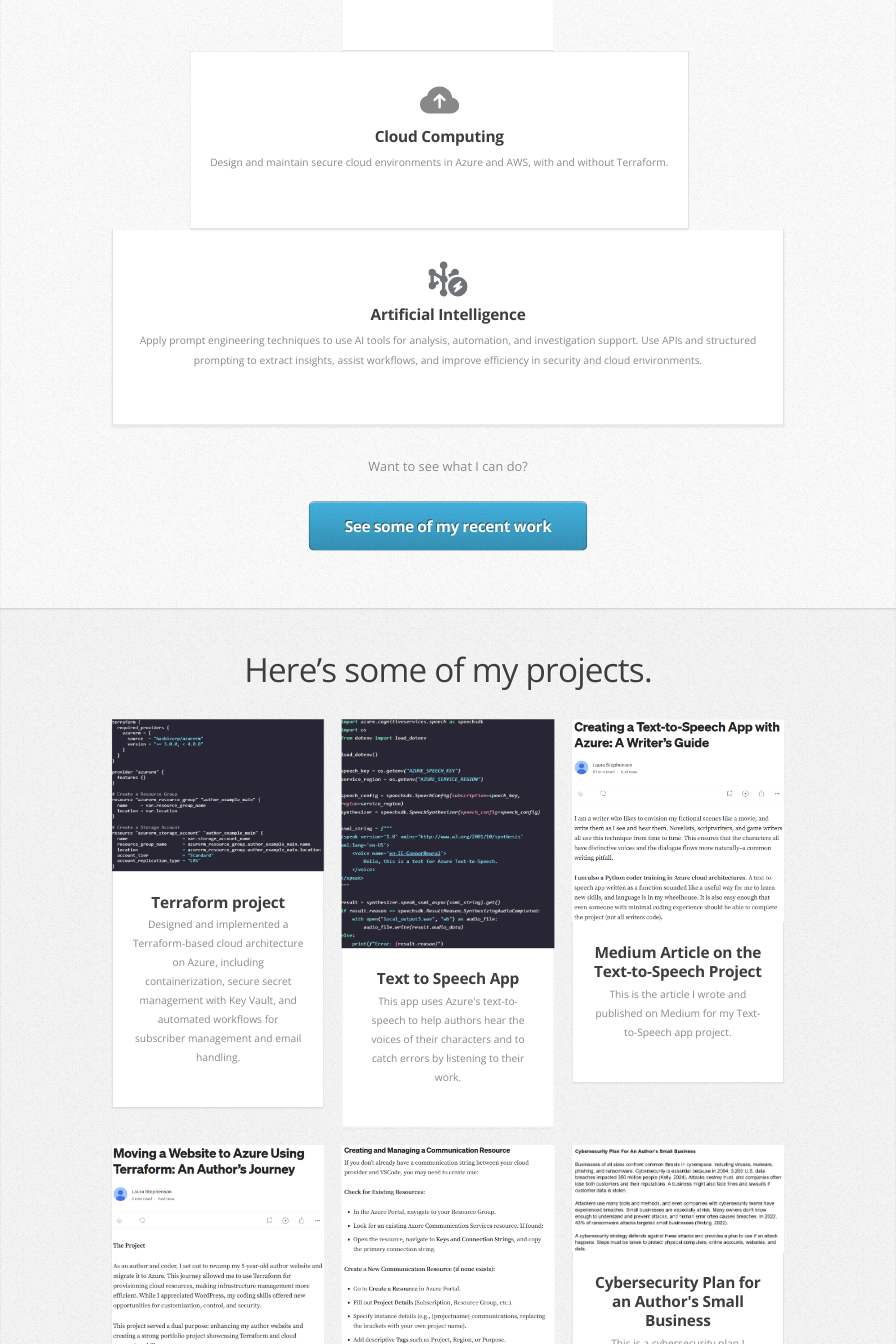
Repository: lauralstephenson/Portfolio_Personal
Page: index.html
The author's editor kept a copy of each file at every save. The page is drawn from the files as they stood at one save, then again after the next save.
The browser window is 1280 px wide. The pictures show the part of the page from y = 1142 to 3062 px (the page is 4048 px tall), at 70% of full size.
A picture or video elsewhere on the page could not be fetched, so the positions and the page height are approximate.

Above is the page before, as saved 2026-04-23 15:56:49.

### index.html
<!DOCTYPE HTML>
<!--
	Miniport by HTML5 UP
	html5up.net | @ajlkn
	Free for personal and commercial use under the CCA 3.0 license (html5up.net/license)
-->

<html lang="en">
	<head>
		<title>Laura Stephenson Cloud Portfolio Webpage</title>
		<meta charset="utf-8">
		<meta name="viewport" content="width=device-width, initial-scale=1">
		<!-- Font Awesome -->
		<link rel="stylesheet" href="https://cdnjs.cloudflare.com/ajax/libs/font-awesome/5.15.4/css/all.min.css">
		<link rel="stylesheet" href="assets/css/main.css">
	</head>
	<body class="is-preload">

		<!-- Nav -->
			<nav id="nav">
				<ul class="container">
					<li><a href="#top">Top</a></li>
					<li><a href="#work">Work</a></li>
					<li><a href="#portfolio">Portfolio</a></li>
					<li><a href="#contact">Contact</a></li>
				</ul>
			</nav>

		<!-- Home -->
			<article id="top" class="wrapper style1">
				<div class="container">
					<div class="row">
						<div class="col-4 col-5-large col-12-medium">
							<span class="image fit"><img src="images\Circle Cybersecurity Logo.png" alt="" /></span>
						</div>
						<div class="col-8 col-7-large col-12-medium">
							<header>
								<h1>Hi. I'm <strong>Laura Stephenson.</strong></h1>
							</header>
							<p><strong>Cybersecurity analyst focused on cloud security, automation, and Python-based solutions.</strong></p>
							<a href="#work" class="button large scrolly">Learn about what I do</a>
						</div>
					</div>
				</div>
			</article>

		<!-- Work -->
			<article id="work" class="wrapper style2">
				<div class="container">
					<header>
						<h1>Here's what I do.</h1>
					</header>
					<div class="row aln-center equal-height">
						<div class="col-4 col-6-medium col-12-small">
							<section class="box style1">
								<div class="box-content">
									<svg xmlns="http://www.w3.org/2000/svg" height="56" width="56" viewBox="0 0 512 512">
										<!--!Font Awesome Free 6.7.2 by @fontawesome - https://fontawesome.com License - https://fontawesome.com/license/free Copyright 2025 Fonticons, Inc.-->
										<path fill="#77797e" d="M256 0c4.6 0 9.2 1 13.4 2.9L457.7 82.8c22 9.3 38.4 31 38.3 57.2c-.5 99.2-41.3 280.7-213.6 363.2c-16.7 8-36.1 8-52.8 0C57.3 420.7 16.5 239.2 16 140c-.1-26.2 16.3-47.9 38.3-57.2L242.7 2.9C246.8 1 251.4 0 256 0z"/>
									</svg>
									<h3>Cyber Security</h3>
									<p>Analyze alerts, investigate network activity, and document findings in clear, structured reports using SOC workflows. Apply SIEM tools, packet analysis, and the MITRE ATT&CK framework to detect and respond to threats.</p>
								</div>
							</section>
						</div>
							<section class="box style1">
								<div class="box-content">
									<svg xmlns="http://www.w3.org/2000/svg"
									width="56" height="56"
									fill="currentColor"
									class="bi bi-cloud-arrow-up-fill"
									viewBox="0 0 16 16">
										<path d="M8 2a5.53 5.53 0 0 0-3.594 1.342c-.766.66-1.321 1.52-1.464 2.383C1.266 6.095 0 7.555 0 9.318 0 11.366 1.708 13 3.781 13h8.906C14.502 13 16 11.57 16 9.773c0-1.636-1.242-2.969-2.834-3.194C12.923 3.999 10.69 2 8 2m2.354 5.146a.5.5 0 0 1-.708.708L8.5 6.707V10.5a.5.5 0 0 1-1 0V6.707L6.354 7.854a.5.5 0 1 1-.708-.708l2-2a.5.5 0 0 1 .708 0z"/>
									</svg>
									<h3>Cloud Computing</h3>
									<p>Design and maintain secure cloud environments in Azure and AWS, with and without Terraform.</p>
								</div>
							</section>
						</div>
						<div class="col-4 col-6-medium col-12-small">
							<section class="box style1">
								<div class="box-content">
									<svg xmlns="http://www.w3.org/2000/svg" height="56" width="56" viewBox="0 0 576 512">
										<!--!Font Awesome Free 6.7.2 by @fontawesome - https://fontawesome.com License - https://fontawesome.com/license/free Copyright 2025 Fonticons, Inc.-->
										<path fill="#6f7276" d="M248 106.6c18.9-9 32-28.3 32-50.6c0-30.9-25.1-56-56-56s-56 25.1-56 56c0 22.3 13.1 41.6 32 50.6l0 98.8c-2.8 1.3-5.5 2.9-8 4.7l-80.1-45.8c1.6-20.8-8.6-41.6-27.9-52.8C57.2 96 23 105.2 7.5 132S1.2 193 28 208.5c1.3 .8 2.6 1.5 4 2.1l0 90.8c-1.3 .6-2.7 1.3-4 2.1C1.2 319-8 353.2 7.5 380S57.2 416 84 400.5c19.3-11.1 29.4-32 27.8-52.8l50.5-28.9c-11.5-11.2-19.9-25.6-23.8-41.7L88 306.1c-2.6-1.8-5.2-3.3-8-4.7l0-90.8c2.8-1.3 5.5-2.9 8-4.7l80.1 45.8c-.1 1.4-.2 2.8-.2 4.3c0 22.3 13.1 41.6 32 50.6l0 98.8c-18.9 9-32 28.3-32 50.6c0 30.9 25.1 56 56 56c30.7 0 55.6-24.7 56-55.2c-7.5-12.9-13.5-26.8-17.6-41.5c-4.2-4-9.1-7.3-14.4-9.9l0-98.8c2.8-1.3 5.5-2.9 8-4.7l10.5 6c5.5-15.3 13.1-29.5 22.4-42.5l-9.1-5.2c.1-1.4 .2-2.8 .2-4.3c0-22.3-13.1-41.6-32-50.6l0-98.8zM440.5 132C425 105.2 390.8 96 364 111.5c-19.3 11.1-29.4 32-27.8 52.8l-50.6 28.9c11.5 11.2 19.9 25.6 23.8 41.7L360 205.9c.4 .3 .8 .6 1.3 .9c21.7-9.5 45.6-14.8 70.8-14.8c2 0 4 0 5.9 .1c12.1-17.3 13.8-40.6 2.6-60.1zM432 512a144 144 0 1 0 0-288 144 144 0 1 0 0 288zm47.9-225c4.3 3.7 5.4 9.9 2.6 14.9L452.4 356l35.6 0c5.2 0 9.8 3.3 11.4 8.2s-.1 10.3-4.2 13.4l-96 72c-4.5 3.4-10.8 3.2-15.1-.6s-5.4-9.9-2.6-14.9L411.6 380 376 380c-5.2 0-9.8-3.3-11.4-8.2s.1-10.3 4.2-13.4l96-72c4.5-3.4 10.8-3.2 15.1 .6z"/>
									</svg>
									<h3>Artificial Intelligence</h3>
									<p>Apply prompt engineering techniques to use AI tools for analysis, automation, and investigation support. Use APIs and structured prompting to extract insights, assist workflows, and improve efficiency in security and cloud environments.</p>
								</div>
							</section>
						</div>
					</div>
					<footer>
						<p>Want to see what I can do?</p>
						<a href="#portfolio" class="button large scrolly">See some of my recent work</a>
					</footer>
				</div>
			</article>

		<!-- Portfolio -->
			<article id="portfolio" class="wrapper style3">
				<div class="container">
					<header>
						<h1>Here’s some of my projects.</h1>
					</header>
					<div class="row aln-center equal-height">
						<div class="col-4 col-6-medium col-12-small">
							<article class="box style2">
								<div class="box-content">
									<a href="https://github.com/lauralstephenson/pseudocode_terraform_examples_for_website" class="image featured"><img src="images\terraform_portfolio_pic.png" alt="" /></a>
									<h3><a href="https://github.com/lauralstephenson/pseudocode_terraform_examples_for_website">Terraform project</a></h3>
									<p>Designed and implemented a Terraform-based cloud architecture on Azure, including containerization, secure secret management with Key Vault, and automated workflows for subscriber management and email handling.</p>
									</p>
								</div>
							</article>
						</div>
						<div class="col-4 col-6-medium col-12-small">
							<article class="box style2">
								<div class="box-content">
									<a href="https://github.com/lauralstephenson/cloud_py_portfolio/tree/main/Text_to_Speech" class="image featured"><img src="images\screenshot_text_to_speech_app.png" alt="" /></a>
									<h3><a href="https://github.com/lauralstephenson/cloud_py_portfolio/tree/main/Text_to_Speech">Text to Speech App</a></h3>
									<p>This app uses Azure's text-to-speech to help authors
										hear the voices of their characters and to catch errors
										by listening to their work.
									</p>
								</div>
							</article>
						</div>
						<div class="col-4 col-6-medium col-12-small">
							<article class="box style2">
								<div class="box-content">
									<a href="https://medium.com/@lstephenson556/creating-a-text-to-speech-app-with-azure-a-writers-guide-46cbf42556f0" class="image featured"><img src="images\screenshot_medium_text_to_speech_article.png" alt="" /></a>
									<h3><a href="https://medium.com/@lstephenson556/creating-a-text-to-speech-app-with-azure-a-writers-guide-46cbf42556f0">Medium Article on the Text-to-Speech Project</a></h3>
									<p>This is the article I wrote and published on Medium for my Text-to-Speech app project.</p>
								</div>
							</article>
						</div>
						<div class="col-4 col-6-medium col-12-small">
							<article class="box style2">
								<div class="box-content">
									<a href="https://medium.com/@lstephenson556/moving-a-website-to-azure-using-terraform-an-authors-journey-1ab68dd8db76"
									class="image featured"><img src="images\screenshot_medium_terraform_azure_article.png" alt="" /></a>
									<h3><a href="https://medium.com/@lstephenson556/moving-a-website-to-azure-using-terraform-an-authors-journey-1ab68dd8db76">Medium Article on Moving a Website to Azure Using Terraform Project</a></h3>
									<p>This is the article I wrote and published on Medium for my Terraform Azure project to move a website to Azure.</p>
								</div>
							</article>
						</div>
						<div class="col-4 col-6-medium col-12-small">
							<article class="box style2">
								<div class="box-content">
									<a href="https://medium.com/@lstephenson556/cybersecurity-aspects-of-creating-an-author-website-with-terraform-12f4682b89b7"
									class="image featured"><img src="images/cybersecurity_plan_medium.png" alt="Segment of Medium article about a cybersecurity plan" /></a>
									<h3><a href="https://medium.com/@lstephenson556/cybersecurity-aspects-of-creating-an-author-website-with-terraform-12f4682b89b7">Medium Article on the Cybersecurity Aspects of the Azure Project</a></h3>
									<p>This is the article I wrote and published on Medium about the cybersecurity aspects for my Terraform Azure project to move a website to Azure.</p>
								</div>
							</article>
						</div>
						<div class="col-4 col-6-medium col-12-small">
							<article class="box style2">
								<div class="box-content">
									<a href="Cybersecurity Plan For A Small Author Business.pdf"
									class="image featured"><img src="images/cybersecurity_plan.png" alt="Snap of Cybersecurity Plan" /></a>
									<h3><a href="Cybersecurity Plan For A Small Author Business.pdf">Cybersecurity Plan for an Author's Small Business</a></h3>
									<p>This is a cybersecurity plan I developed and implemented for a small author website.</p>
								</div>
							</article>
						</div>
					</div>
					<footer>
						<p>Want to learn more?</p>
						<a href="mailto:laurastephensoncareer@gmail.com" class="button large scrolly">Get in touch with me</a>
					</footer>
				</div>
			</article>

		<!-- Contact
			<article id="contact" class="wrapper style4">
				<div class="container medium">
					<header>
						<h2>Let me build for you.</h2>
						<p>Contact me.</p>
					</header>
					<div class="row">
						<div class="col-12">
							<form method="post" action="https://<your-function-app-name>.azurewebsites.net/api/send-email">
								<div class="row">
									<div class="col-6 col-12-small">
										<input type="text" name="name" id="name" placeholder="Name" />
									</div>
									<div class="col-6 col-12-small">
										<input type="text" name="email" id="email" placeholder="Email" />
									</div>
									<div class="col-12">
										<input type="text" name="subject" id="subject" placeholder="Subject" />
									</div>
									<div class="col-12">
										<textarea name="message" id="message" placeholder="Message"></textarea>
									</div>
									<div class="col-12">
										<ul class="actions">
											<li><input type="submit" value="Send Message" /></li>
											<li><input type="reset" value="Clear Form" class="alt" /></li>
										</ul>
									</div>
								</div>
							</form>
						</div -->

						<div class="col-12 center-content footer-custom">
							<hr />
							<p class="find-me-on">Find me on...</p>
							<div class="footer-custom">
								<ul class="social">
									<li><a href="https://www.linkedin.com/in/laurastephenson82/">
										<i class="fab fa-linkedin"></i></a></li>
									<li><a href="https://github.com/lauralstephenson/">
										<i class="fab fa-github"></i></a></li>
									<li><a href="mailto:laurastephensoncareer@gmail.com">
										<i class="fas fa-envelope"></i></a></li>
								</ul>
							</div>
							<hr />
						</div>



						<footer>
							<div class="footer-custom">
								<ul id="copyright">
									<li>&copy; Laura Stephenson © 2024. All rights reserved.</li>
									<li>Design: <a href="http://html5up.net">HTML5 UP</a></li>
								</ul>
						</footer>

			<!--
								<li><a href="#" class="icon brands fa-twitter"><span class="label">Twitter</span></a></li>
								<li><a href="#" class="icon brands fa-tumblr"><span class="label">Tumblr</span></a></li>
								<li><a href="#" class="icon solid fa-rss"><span>RSS</span></a></li>
								<li><a href="#" class="icon brands fa-instagram"><span>Instagram</span></a></li>
								<li><a href="#" class="icon brands fa-foursquare"><span>Foursquare</span></a></li>
								<li><a href="#" class="icon brands fa-skype"><span>Skype</span></a></li>
								<li><a href="#" class="icon brands fa-soundcloud"><span>Soundcloud</span></a></li>
								<li><a href="#" class="icon brands fa-youtube"><span>YouTube</span></a></li>
								<li><a href="#" class="icon brands fa-blogger"><span>Blogger</span></a></li>
								<li><a href="#" class="icon brands fa-flickr"><span>Flickr</span></a></li>
								<li><a href="#" class="icon brands fa-vimeo"><span>Vimeo</span></a></li>
								-->

		<!-- Scripts -->
			<script src="assets/js/jquery.min.js"></script>
			<script src="assets/js/jquery.scrolly.min.js"></script>
			<script src="assets/js/browser.min.js"></script>
			<script src="assets/js/breakpoints.min.js"></script>
			<script src="assets/js/util.js"></script>
			<script src="assets/js/main.js"></script>

	</body>
</html>

Loaded but not shown: assets/js/jquery.min.js (library); assets/js/jquery.scrolly.min.js (common file); assets/js/browser.min.js (common file); assets/js/breakpoints.min.js (common file); assets/js/util.js (587 lines, source omitted); assets/js/main.js (34 lines, source omitted); assets/css/main.css (2549 lines, source omitted)

After the next save:
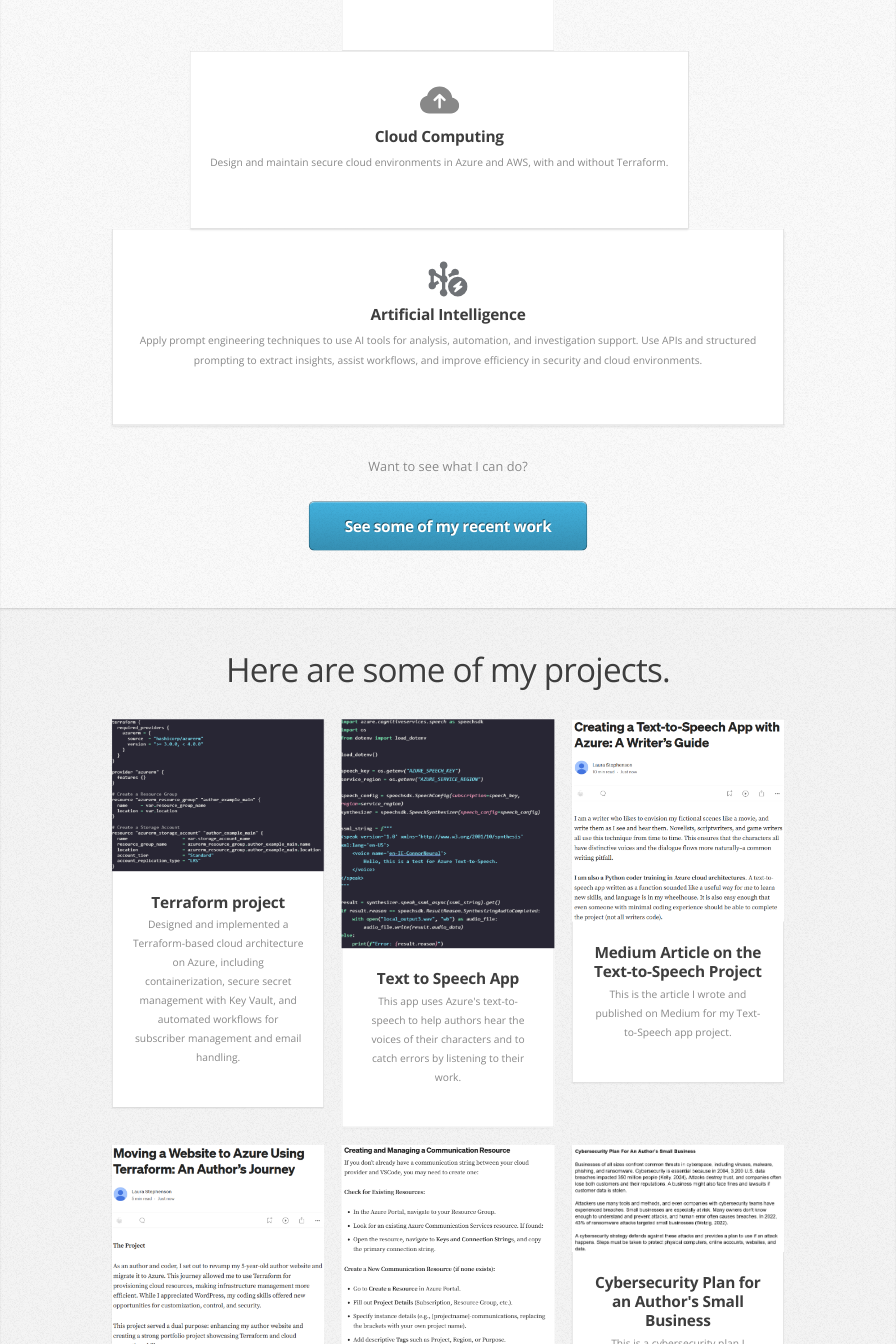
Saved 36 s later.
--- a/index.html
+++ b/index.html
@@ -101,7 +101,7 @@
 			<article id="portfolio" class="wrapper style3">
 				<div class="container">
 					<header>
-						<h1>Here’s some of my projects.</h1>
+						<h1>Here are some of my projects.</h1>
 					</header>
 					<div class="row aln-center equal-height">
 						<div class="col-4 col-6-medium col-12-small">
